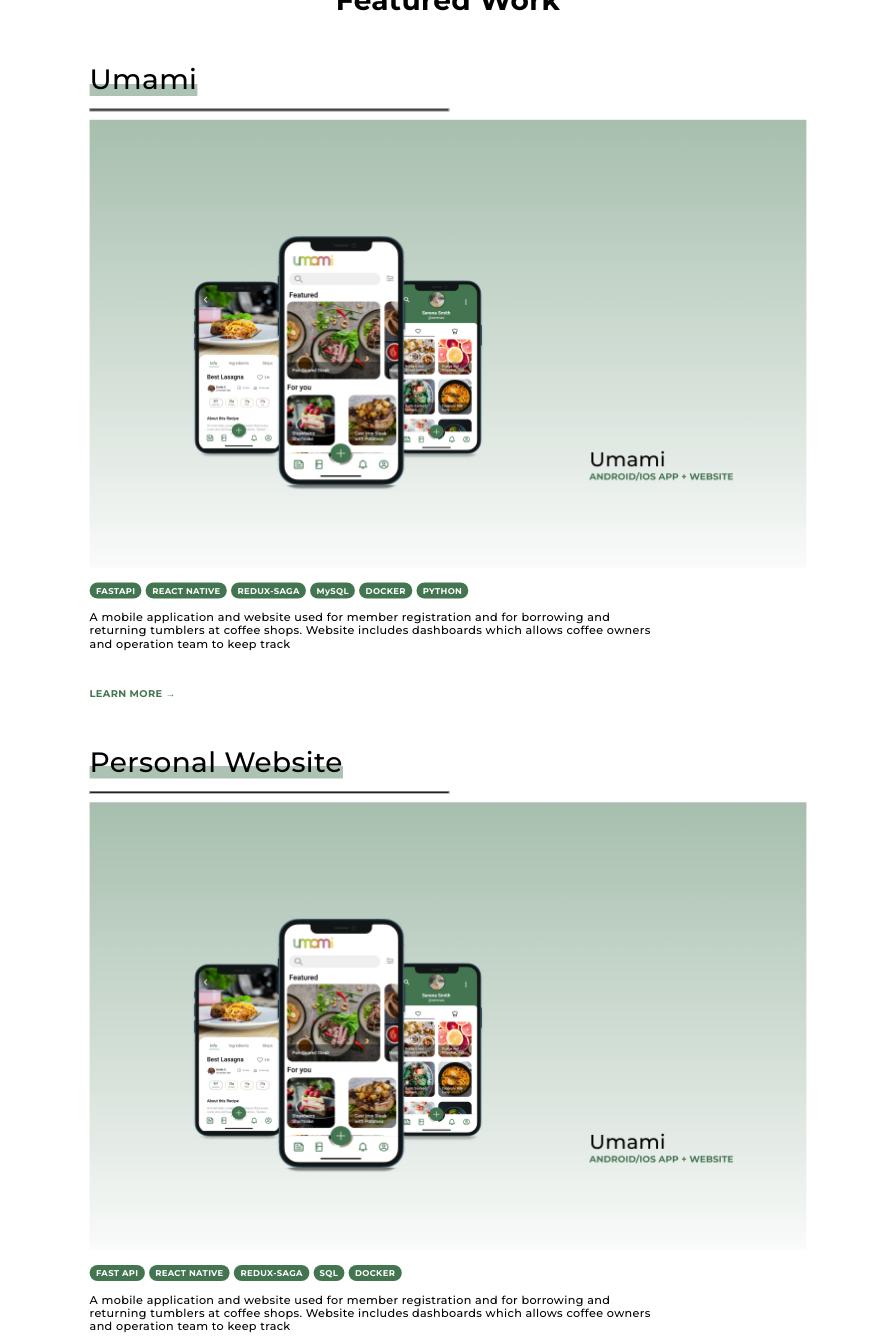
Repository: TangMartin/martintang
Page: index.html
An editor plug-in stored every save of this project. The page is shown before and after the next save, followed by the edit.
The browser window is 1280 px wide. The pictures show the part of the page from y = 1033 to 2953 px (the page is 2953 px tall before and 2933 px after), at 70% of full size.

Above is the page before, as saved 2021-11-24 21:46:24.

### index.html
<!DOCTYPE html>

<html>
    <head>
        <link href="./styles/style.css" rel="stylesheet">
        <link rel="preconnect" href="https://fonts.googleapis.com">
        <link rel="preconnect" href="https://fonts.gstatic.com" crossorigin>
        <link href="https://fonts.googleapis.com/css2?family=Montserrat:wght@300;500;700&display=swap" rel="stylesheet">
        <title> Martin Tang</title>
    </head>

    <body>
        <!-- Nav Bar-->
        <!-- Main Page-->
        <div class="flex-main">
            <!-- Left Box-->
            <div class="flex-left">
                <h1>Hello! <span class="wave">👋🏻</span> </h1>
                <h1>I'm Martin Tang</h1>
                <hr style="height:5px; width:15%; margin-left:0; background-color:#222020; display: inline-block">
                <h3>I'm a <strong>developer</strong> who believes in leveraging technology to build a more inclusive, ethical and innovative future. </h3>
                <h3>I strive to create genuine relationships and values for both businesses, organizations, and users.</h3>
            </div>
            <!-- Right Box-->
            <div class="flex-right">
                <div class="image-stack">
                    <a style="grid-column: 8; grid-row: 10; cursor: pointer; --turn-radius: 12deg; cursor: pointer;" href="./Martin_Tang_Resume.pdf" target="_blank" download>
                        <img src="./assets/polaroids/Resume.png"/>
                    </a>
                    <img style="grid-column: 3; grid-row: 1; --turn-radius: -12deg;" src="./assets/polaroids/Apsc100.png" />
                    <img style="grid-column: 1; grid-row: 7; --turn-radius: -12deg;" src="./assets/polaroids/Sunset.png" />
                    <img style="grid-column: 7; grid-row: 5; --turn-radius: 15deg;" src="./assets/polaroids/Hongkongpng.png" />
                    <a style="grid-column: 3; grid-row: 12; --turn-radius: -12deg; cursor: pointer;" href="./pages/aboutme.html">
                        <img src="./assets/polaroids/Aboutme.png" />
                    </a>
                    <img style="grid-column: 4; grid-row: 5; --turn-radius: -4deg;"src="./assets/polaroids/Jetski.png" />
                    <a style="grid-column: 5; grid-row: 9; --turn-radius: 10deg; cursor: pointer;" href="#featuredwork">
                        <img src="./assets/polaroids/Projects.png"/>
                    </a>
                </div>
            </div>
        </div>
        <div class="featured_work" id="featuredwork">
            <!-- Featured Work -->
            <h1 style="text-align: center; padding-top: 5rem;"> Featured Work </h1>
            <ul class="work_list">

                <!-- Umami -->
                <li class="work_item">
                    <h1><span class="highlight" style="--highlighter-color: #ACC2B2;">Umami</span></h1>
                    <hr style="height:2.5px; width:50%; margin-left:0; background-color:#222020; display: inline-block; margin">
                    <img class="work_image" src="./assets/images/Umami.png" />
                    <div class="technologies">
                        <p>FASTAPI</p>
                        <p>REACT NATIVE</p>
                        <p>REDUX-SAGA</p>
                        <p>MySQL</p>
                        <p>DOCKER</p>
                        <p>PYTHON</p>
                    </div>
                    <p class="work_description">
                        A mobile application and website used for member registration and for borrowing and returning tumblers at coffee shops.  Website includes dashboards which allows coffee owners and operation team to keep track
                    </p>
                    <h3> LEARN MORE → </h3>
                </li>

                <!-- Personal Website -->
                <li class="work_item">
                    <h1><span class="highlight" style="--highlighter-color: #ACC2B2">Personal Website</span></h1>
                    <hr style="height:2.5px; width:50%; margin-left:0; background-color:#222020; display: inline-block">
                    <img class="work_image" src="./assets/images/Umami.png" />
                    <div class="technologies">
                        <p>FAST API</p>
                        <p>REACT NATIVE</p>
                        <p>REDUX-SAGA</p>
                        <p>SQL</p>
                        <p>DOCKER</p>
                    </div>
                    <p class="work_description">
                        A mobile application and website used for member registration and for borrowing and returning tumblers at coffee shops.  Website includes dashboards which allows coffee owners and operation team to keep track
                    </p>
                </li>

            </ul>
        </div>
    </body>
</html>

### styles/style.css
:root {
    --highlighter-color: #EEDF5B;
    --umami-color: #447551;
    --turn-radius: 6deg;
}

html{
    scroll-behavior: smooth;
}
body {
    max-width: 70rem;
    margin-right: auto;
    margin-left: auto;
    width: 80vw;
    padding-top: 2rem;
}

body,
h1,
h2,
h3,
h4,
h5 {
  font-family: 'Montserrat', sans-serif;
  letter-spacing: 0.5px;
}

h3 {
    margin-top: 10px;
    color: #222020;
    font-size: 20px;
    font-weight: 300;
}

/* MAIN PAGE */
.flex-main {
    display: flex;
    flex-direction: row;
}
.flex-main h1 {
    display: flex;
    flex-direction: row;
    font-size: 50px;
    margin: 5px 0px 10px 0px;
}

.flex-left {
    width: 40%;
    padding-top: 23%;
    padding-bottom: 2%;
}
.flex-right {
    width: 60%;
}
.image-stack{
    display: grid;
    grid-template-columns: repeat(12, 55px);
    grid-template-rows: repeat(19, 48px);
    padding-left: 10%;

}
.image-stack img {
    transition: all 0.3s ease-in-out 0s;
}
.image-stack img:hover {
    transform: rotate(var(--turn-radius));
    transition: all 0.3s ease-in-out 0s;
}

.wave {
    animation-name: wave-animation;  /* Refers to the name of your @keyframes element below */
    animation-duration: 2.5s;        /* Change to speed up or slow down */
    animation-iteration-count: infinite;  /* Never stop waving :) */
    transform-origin: 70% 70%;       /* Pivot around the bottom-left palm */
    display: inline-block;
  }

  @keyframes wave-animation {
      0% { transform: rotate( 0.0deg) }
     10% { transform: rotate(14.0deg) }  /* The following five values can be played with to make the waving more or less extreme */
     20% { transform: rotate(-8.0deg) }
     30% { transform: rotate(14.0deg) }
     40% { transform: rotate(-4.0deg) }
     50% { transform: rotate(10.0deg) }
     60% { transform: rotate( 0.0deg) }  /* Reset for the last half to pause */
    100% { transform: rotate( 0.0deg) }
  }

/* FEATUERED WORK */
.featured_work {
    margin-top: -5%;
}
.featured_work h1 {
    font-size: 40px;
}
.work_list {
    list-style: none;
    padding-left: 0;
}
.work_item {
    margin-top: 4rem;
}
.work_item h1{
    margin-bottom: 1%;
}
.work_item h3{
    margin-top: 5%;
    font-weight: bold;
    font-size: 14px;
    color: var(--umami-color);
}
.work_image {
    max-width: 100%;
}
.work_description {
    margin-top: 5px;
    font-weight: 400;
    width: 80%;
}
.highlight {
    background: linear-gradient(180deg, #FFFFFF 65%, var(--highlighter-color) 65%);
    font-weight: 400;
}
.technologies {
    margin-top: 5px;
    display: flex;
    flex-direction:row;

}
.technologies p {
    font-size: 12px;
    margin-right: 6px;
    color: #FFFFFF;
    font-weight: 600;
    border-radius:20px;
    padding: 4px 9px 4px 9px;
    background: var(--umami-color);
}

After the next save:
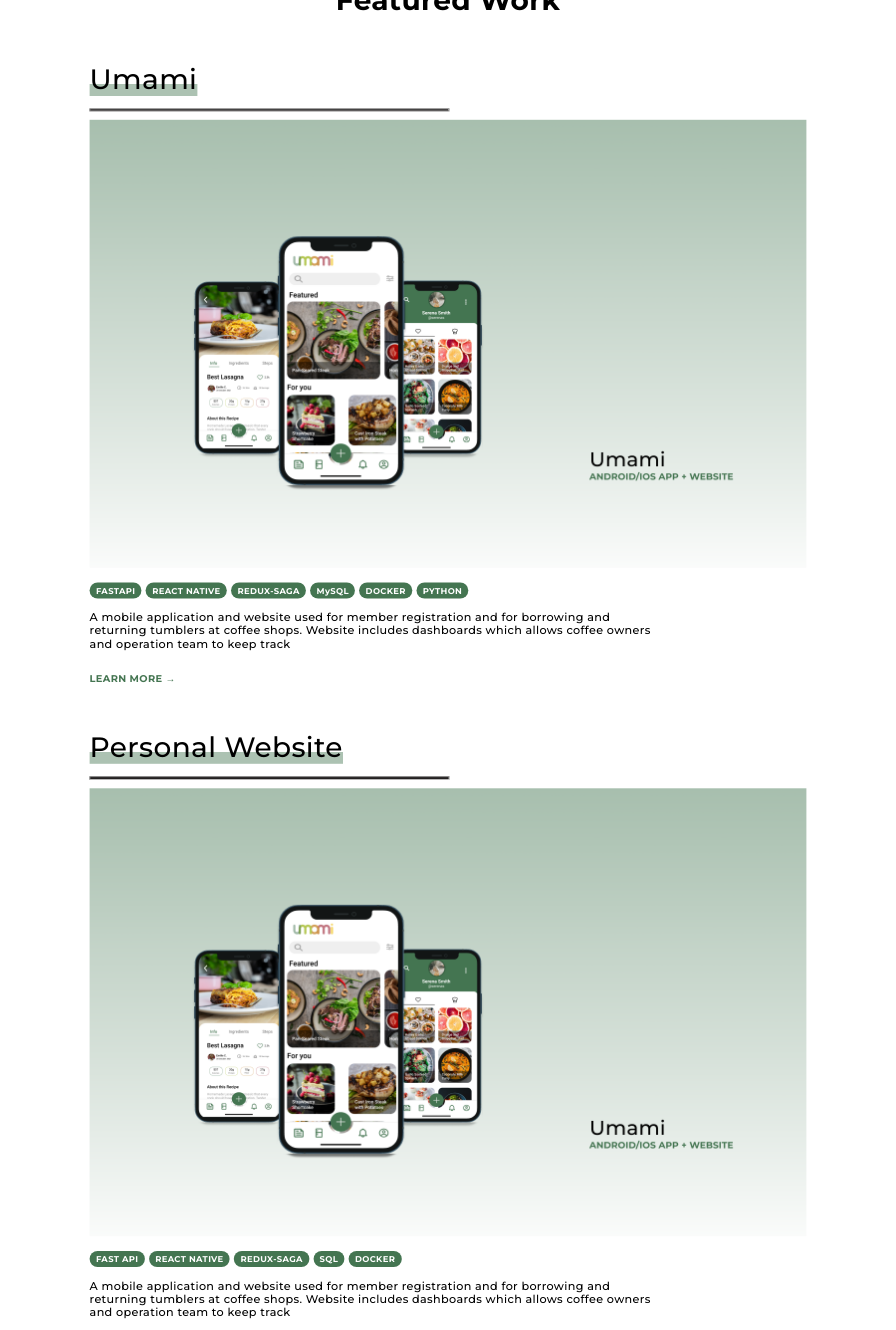
Saved 4 s later.
--- a/styles/style.css
+++ b/styles/style.css
@@ -104,7 +104,7 @@ h3 {
     margin-bottom: 1%;
 }
 .work_item h3{
-    margin-top: 5%;
+    margin-top: 3%;
     font-weight: bold;
     font-size: 14px;
     color: var(--umami-color);
